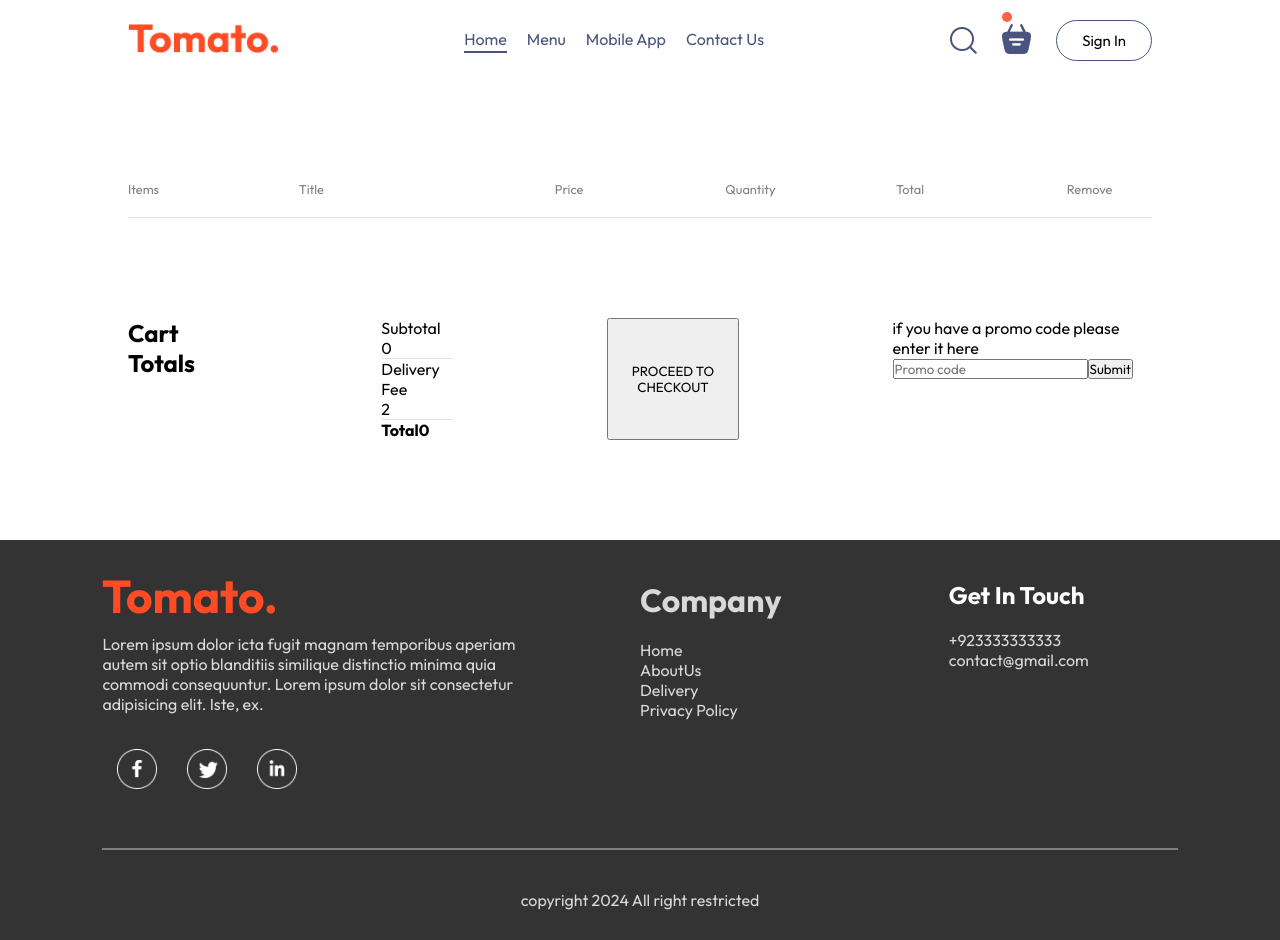
Repository: Attar786/Food-ordering-app
Page: /cart (app in frontend/)
An editor plug-in stored every save of this project. The page is shown before and after the next save, followed by the edit.
The browser window is 1280 px wide. The pictures show the whole page.
The project was rebuilt for these pictures with package versions that can differ from the ones it lists, and the page was loaded fresh each time. Also part of the build but not shown: frontend/vite.config.js, frontend/src/components/Header/Header.css, frontend/src/components/Header/Header.jsx, frontend/src/components/ExploreMenu/ExploreMenu.css, frontend/src/components/ExploreMenu/ExploreMenu.jsx, frontend/src/components/FoodDisplay/FoodDisplay.css, frontend/src/components/FoodItem/FoodItem.css, frontend/src/components/FoodItem/FoodItem.jsx and 8 more.

Above is the page before, as saved 2024-07-30 15:43:49.

### frontend/src/main.jsx
import ReactDOM from 'react-dom/client'
import App from './App.jsx'
import './index.css'
import {BrowserRouter} from 'react-router-dom'
import StoreContextProvider from './context/StoreContext.jsx'
ReactDOM.createRoot(document.getElementById('root')).render(
<BrowserRouter>

<StoreContextProvider>
<App />
</StoreContextProvider>

    </BrowserRouter>
)

### frontend/src/App.jsx
import './index.css'
import Navbar from "./components/Navbar/Navbar"
import Home from './pages/Home/Home'
import Cart from './pages/Cart/Cart'
import PlaceOrder from './pages/PlaceOrder/PlaceOrder'
import { Route, Routes } from 'react-router-dom'
import Footer from './components/Footer/Footer'

import LoginPopup from './components/LoginPopup/LoginPopup'
import { useState } from 'react'
function App() {
  const [showLogin, setShowLogin] = useState(false);

  return (
    <>
  {showLogin?<LoginPopup setShowLogin={setShowLogin}/>:<></>}
  <div className='app'>
  <Navbar setShowLogin = {setShowLogin} />
<Routes>
<Route path='/' element={<Home/>}/>
<Route path='/cart' element={<Cart/>}/>
<Route path='/order' element={<PlaceOrder/>}/>
</Routes>
  </div>
  <Footer/>
    </>
  )
}

export default App

### frontend/src/index.css
@import url('https://fonts.googleapis.com/css2?family=Outfit:wght@100..900&display=swap');


*{
margin: 0;
padding: 0;
 box-sizing: border-box;
 font-family: outfit;
 scroll-behavior: smooth;
}
body{
height: 100vh;
}
a{
text-decoration: none;
color : inherit;
}
.app{
    width: 80%;
    margin: auto;
}
@keyframes fadeIn{
    0%{
        opacity: 0;
    }
    100%{
        opacity: 1;
    }
}

### frontend/src/context/StoreContext.jsx
import './StoreContext.css';
import { createContext, useEffect, useState } from 'react';
import { food_list } from '../assets/assets'; // Ensure this path is correct and food_list is correctly exported

export const StoreContext = createContext(null);

const StoreContextProvider = (props) => {
  const [cartItems, setCartItems] = useState({});

  const addToCart = (itemId) => {
    if (!cartItems[itemId]) {
      setCartItems((prev) => ({ ...prev, [itemId]: 1 }));
    } else {
      setCartItems((prev) => ({ ...prev, [itemId]: prev[itemId] + 1 }));
    }
  };

  const removeFromCart = (itemId) => {
    setCartItems((prev) => {
      const newCount = prev[itemId] - 1;
      if (newCount <= 0) {
        const { [itemId]: _, ...rest } = prev;
        return rest;
      } else {
        return { ...prev, [itemId]: newCount };
      }
    });
  };

  useEffect(() => {
    console.log(cartItems);
  }, [cartItems]);

  const contextValue = {
    food_list,
    cartItems,
    setCartItems,
    addToCart,
    removeFromCart,
  };

  return (
    <StoreContext.Provider value={contextValue}>
      {props.children}
    </StoreContext.Provider>
  );
};

export default StoreContextProvider;

### frontend/src/components/Navbar/Navbar.jsx
import { useState } from 'react';
import './Navbar.css';
import { assets } from '../../assets/assets';
import { Link } from 'react-router-dom'
const Navbar = ({setShowLogin}) => {
  const [menu, setMenu] = useState("home");

  const handleMenuClick = (menuItem) => {
    setMenu(menuItem);
  };

  return (
<>
<div className="navbar">
    <Link to='/'> <img src={assets.logo} alt="Logo" className="logo" /></Link>
      <ul className="navbar-menu">
        <Link to='/' onClick={() => handleMenuClick("home")} className={menu === "home" ? "active" : ""}>Home</Link>
        <a href='#explore-menu' onClick={() => handleMenuClick("menu")} className={menu === "menu" ? "active" : ""}>Menu</a>
        <a href='#app-download' onClick={() => handleMenuClick("mobile-app")} className={menu === "mobile-app" ? "active" : ""}>Mobile App</a>
        <a href='#footer' onClick={() => handleMenuClick("contact-us")} className={menu === "contact-us" ? "active" : ""}>Contact Us</a>
      </ul>
      <div className="navbar-right">
        <img src={assets.search_icon} alt="search-icon" />
        <div>
         <Link to='/cart'> <img src={assets.basket_icon} alt="icons" /></Link>
          <div className="dot"></div>
        </div>
        <button onClick={()=>setShowLogin(true)} >Sign In</button>

      </div>

    </div>

</>
  );
}


export default Navbar;

### frontend/src/pages/Cart/Cart.jsx
 import { useContext } from 'react'
import './Cart.css'
import { StoreContext } from '../../context/StoreContext'
const Cart = () => {
  const {cartItems,food_list,removeFromCart} = useContext(StoreContext);
  return (
    <div className='Cart'>
      <div className="cart-items">
        <div className=" cart-items-title">
          <p>Items</p>
          <p>Title</p>
          <p>Price</p>
          <p>Quantity</p>
          <p>Total</p>
          <p>Remove</p>
        </div>
        <br />
        <hr />
        {
          food_list.map((item,index)=>
          {
            if(cartItems[item._id]){
              return (
                <>
                <div key={index} className="cart-items-title cart-item-item">
                  <img src={item.image} alt="" />
                  <p>{item.name}</p>
                  <p>Pkr={item.price}</p>
                  <p>{cartItems[item._id]}</p>
                  <p>{item.price*cartItems[item._id]}</p>
                  <p onClick={()=>removeFromCart(item._id)} className='cross'>X</p>
                </div>
                <hr />
                </>
              )
            }
          }

          )
        }
      </div>
      <div className="cart-bottom">
  <div className="cart-total">
    <h2>Cart Totals</h2>
  </div>
  <div>
    <div className="cart-total-details">
      <p>Subtotal</p>
      <p>{0}</p>
    </div>
    <hr />
    <div className="cart-total-details">
      <p>Delivery Fee</p>
      <p>{2}</p>
    </div>
    <hr />
    <div className="cart-total-details">
      <b>Total</b>
      <b>{0}</b>
    </div>
  </div>
  <button>PROCEED TO CHECKOUT</button>
<div className="cart-promocode">
  <div>
    <p>if you have a promo code please enter it here</p>
        <div className="cart-promocode-input">
          <input type="text" placeholder='Promo code' />
        <button>Submit</button>
        </div>
  </div>
</div>
</div>

       </div>
  )
}

export default Cart

### frontend/src/components/Footer/Footer.jsx
import "./Footer.css"
import { assets } from "../../assets/assets"
const Footer = () => {
  return (
    <div className="footer" id="footer">
<div className="footer-content">
    <div className="footer-content-left">
        <img src={assets.logo} alt="fsf" />
    <p>  Lorem ipsum dolor icta fugit magnam temporibus aperiam autem sit optio blanditiis similique distinctio minima quia commodi consequuntur. Lorem ipsum dolor sit consectetur adipisicing elit. Iste, ex.</p>
    <div className="footer-social-icons">
        <img src={assets.facebook_icon} alt="" />
        <img src={assets.twitter_icon} alt="" />
        <img src={assets.linkedin_icon} alt="" />
    </div>

    </div>
    <div className="footer-content-center">
    <h1>Company</h1>
        <ul>
        <li>Home</li>
        <li>AboutUs</li>
        <li>Delivery</li>
        <li>Privacy Policy</li>
        </ul>
    </div>
    <div className="footer-content-right">
        <h2>Get In Touch</h2>
        <ul>
            <li>
                +923333333333
            </li>
            <li>
                contact@gmail.com
            </li>
        </ul>
    </div>
</div>
<hr/>
<p className="footer-copyright">
copyright 2024 All right restricted
</p>

    </div>
  )
}

export default Footer

### frontend/src/assets/assets.js
import basket_icon from './basket_icon.png'
import logo from './logo.png'
import header_img from './header_img.png'
import search_icon from './search_icon.png'
import menu_1 from './menu_1.png'
import menu_2 from './menu_2.png'
import menu_3 from './menu_3.png'
import menu_4 from './menu_4.png'
import menu_5 from './menu_5.png'
import menu_6 from './menu_6.png'
import menu_7 from './menu_7.png'
import menu_8 from './menu_8.png'

import food_1 from './food_1.png'
import food_2 from './food_2.png'
import food_3 from './food_3.png'
import food_4 from './food_4.png'
import food_5 from './food_5.png'
import food_6 from './food_6.png'
import food_7 from './food_7.png'
import food_8 from './food_8.png'
import food_9 from './food_9.png'
import food_10 from './food_10.png'
import food_11 from './food_11.png'
import food_12 from './food_12.png'
import food_13 from './food_13.png'
import food_14 from './food_14.png'
import food_15 from './food_15.png'
import food_16 from './food_16.png'
import food_17 from './food_17.png'
import food_18 from './food_18.png'
import food_19 from './food_19.png'
import food_20 from './food_20.png'
import food_21 from './food_21.png'
import food_22 from './food_22.png'
import food_23 from './food_23.png'
import food_24 from './food_24.png'
import food_25 from './food_25.png'
import food_26 from './food_26.png'
import food_27 from './food_27.png'
import food_28 from './food_28.png'
import food_29 from './food_29.png'
import food_30 from './food_30.png'
import food_31 from './food_31.png'
import food_32 from './food_32.png'

import add_icon_white from './add_icon_white.png'
import add_icon_green from './add_icon_green.png'
import remove_icon_red from './remove_icon_red.png'
import app_store from './app_store.png'
import play_store from './play_store.png'
import linkedin_icon from './linkedin_icon.png'
import facebook_icon from './facebook_icon.png'
import twitter_icon from './twitter_icon.png'
import cross_icon from './cross_icon.png'
import selector_icon from './selector_icon.png'
import rating_starts from './rating_starts.png'
import profile_icon from './profile_icon.png'
import bag_icon from './bag_icon.png'
import logout_icon from './logout_icon.png'
import parcel_icon from './parcel_icon.png'

export const assets = {
    logo,
    basket_icon,
    header_img,
    search_icon,
    rating_starts,
    add_icon_green,
    add_icon_white,
    remove_icon_red,
    app_store,
    play_store,
    linkedin_icon,
    facebook_icon,
    twitter_icon,
    cross_icon,
    selector_icon,
    profile_icon,
    logout_icon,
    bag_icon,
    parcel_icon
}

export const menu_list = [
    {
        menu_name: "Salad",
        menu_image: menu_1
    },
    {
        menu_name: "Rolls",
        menu_image: menu_2
    },
    {
        menu_name: "Deserts",
        menu_image: menu_3
    },
    {
        menu_name: "Sandwich",
        menu_image: menu_4
    },
    {
        menu_name: "Cake",
        menu_image: menu_5
    },
    {
        menu_name: "Pure Veg",
        menu_image: menu_6
    },
    {
        menu_name: "Pasta",
        menu_image: menu_7
    },
    {
        menu_name: "Noodles",
        menu_image: menu_8
    }]

export const food_list = [
    {
        _id: "1",
        name: "Greek salad",
        image: food_1,
        price: 12,
        description: "Food provides essential nutrients for overall health and well-being",
        category: "Salad"
    },
    {
        _id: "2",
        name: "Veg salad",
        image: food_2,
        price: 18,
        description: "Food provides essential nutrients for overall health and well-being",
        category: "Salad"
    }, {
        _id: "3",
        name: "Clover Salad",
        image: food_3,
        price: 16,
        description: "Food provides essential nutrients for overall health and well-being",
        category: "Salad"
    }, {
        _id: "4",
        name: "Chicken Salad",
        image: food_4,
        price: 24,
        description: "Food provides essential nutrients for overall health and well-being",
        category: "Salad"
    }, {
        _id: "5",
        name: "Lasagna Rolls",
        image: food_5,
        price: 14,
        description: "Food provides essential nutrients for overall health and well-being",
        category: "Rolls"
    }, {
        _id: "6",
        name: "Peri Peri Rolls",
        image: food_6,
        price: 12,
        description: "Food provides essential nutrients for overall health and well-being",
        category: "Rolls"
    }, {
        _id: "7",
        name: "Chicken Rolls",
        image: food_7,
        price: 20,
        description: "Food provides essential nutrients for overall health and well-being",
        category: "Rolls"
    }, {
        _id: "8",
        name: "Veg Rolls",
        image: food_8,
        price: 15,
        description: "Food provides essential nutrients for overall health and well-being",
        category: "Rolls"
    }, {
        _id: "9",
        name: "Ripple Ice Cream",
        image: food_9,
        price: 14,
        description: "Food provides essential nutrients for overall health and well-being",
        category: "Deserts"
    }, {
        _id: "10",
        name: "Fruit Ice Cream",
        image: food_10,
        price: 22,
        description: "Food provides essential nutrients for overall health and well-being",
        category: "Deserts"
    }, {
        _id: "11",
        name: "Jar Ice Cream",
        image: food_11,
        price: 10,
        description: "Food provides essential nutrients for overall health and well-being",
        category: "Deserts"
    }, {
        _id: "12",
        name: "Vanilla Ice Cream",
        image: food_12,
        price: 12,
        description: "Food provides essential nutrients for overall health and well-being",
        category: "Deserts"
    },
    {
        _id: "13",
        name: "Chicken Sandwich",
        image: food_13,
        price: 12,
        description: "Food provides essential nutrients for overall health and well-being",
        category: "Sandwich"
    },
    {
        _id: "14",
        name: "Vegan Sandwich",
        image: food_14,
        price: 18,
        description: "Food provides essential nutrients for overall health and well-being",
        category: "Sandwich"
    }, {
        _id: "15",
        name: "Grilled Sandwich",
        image: food_15,
        price: 16,
        description: "Food provides essential nutrients for overall health and well-being",
        category: "Sandwich"
    }, {
        _id: "16",
        name: "Bread Sandwich",
        image: food_16,
        price: 24,
        description: "Food provides essential nutrients for overall health and well-being",
        category: "Sandwich"
    }, {
        _id: "17",
        name: "Cup Cake",
        image: food_17,
        price: 14,
        description: "Food provides essential nutrients for overall health and well-being",
        category: "Cake"
    }, {
        _id: "18",
        name: "Vegan Cake",
        image: food_18,
        price: 12,
        description: "Food provides essential nutrients for overall health and well-being",
        category: "Cake"
    }, {
        _id: "19",
        name: "Butterscotch Cake",
        image: food_19,
        price: 20,
        description: "Food provides essential nutrients for overall health and well-being",
        category: "Cake"
    }, {
        _id: "20",
        name: "Sliced Cake",
        image: food_20,
        price: 15,
        description: "Food provides essential nutrients for overall health and well-being",
        category: "Cake"
    }, {
        _id: "21",
        name: "Garlic Mushroom ",
        image: food_21,
        price: 14,
        description: "Food provides essential nutrients for overall health and well-being",
        category: "Pure Veg"
    }, {
        _id: "22",
        name: "Fried Cauliflower",
        image: food_22,
        price: 22,
        description: "Food provides essential nutrients for overall health and well-being",
        category: "Pure Veg"
    }, {
        _id: "23",
        name: "Mix Veg Pulao",
        image: food_23,
        price: 10,
        description: "Food provides essential nutrients for overall health and well-being",
        category: "Pure Veg"
    }, {
        _id: "24",
        name: "Rice Zucchini",
        image: food_24,
        price: 12,
        description: "Food provides essential nutrients for overall health and well-being",
        category: "Pure Veg"
    },
    {
        _id: "25",
        name: "Cheese Pasta",
        image: food_25,
        price: 12,
        description: "Food provides essential nutrients for overall health and well-being",
        category: "Pasta"
    },
    {
        _id: "26",
        name: "Tomato Pasta",
        image: food_26,
        price: 18,
        description: "Food provides essential nutrients for overall health and well-being",
        category: "Pasta"
    }, {
        _id: "27",
        name: "Creamy Pasta",
        image: food_27,
        price: 16,
        description: "Food provides essential nutrients for overall health and well-being",
        category: "Pasta"
    }, {
        _id: "28",
        name: "Chicken Pasta",
        image: food_28,
        price: 24,
        description: "Food provides essential nutrients for overall health and well-being",
        category: "Pasta"
    }, {
        _id: "29",
        name: "Buttter Noodles",
        image: food_29,
        price: 14,
        description: "Food provides essential nutrients for overall health and well-being",
        category: "Noodles"
    }, {
        _id: "30",
        name: "Veg Noodles",
        image: food_30,
        price: 12,
        description: "Food provides essential nutrients for overall health and well-being",
        category: "Noodles"
    }, {
        _id: "31",
        name: "Somen Noodles",
        image: food_31,
        price: 20,
        description: "Food provides essential nutrients for overall health and well-being",
        category: "Noodles"
    }, {
        _id: "32",
        name: "Cooked Noodles",
        image: food_32,
        price: 15,
        description: "Food provides essential nutrients for overall health and well-being",
        category: "Noodles"
    }
]

### frontend/src/components/Navbar/Navbar.css
.navbar{
    padding: 20px 0;
    display: flex;
    justify-content: space-between;
    align-items: center;
}
.navbar .logo{
    width: 150px;
}
.navbar-menu{
    display: flex;
    list-style: none;
    gap: 20px;
    font: 18px;
    color: #49557e;
    cursor: pointer;
}
.navbar-right{
    display: flex;
    align-items: center;
    gap: 25px;

}
.navbar button{
    font-size: 15px;
    border: 1px solid #49557e;
    background: transparent;
    padding: 10px 25px;
    cursor: pointer;
    border-radius: 40px;
    transition: 0.3s;
}
.navbar button:hover{
    background-color: #fff4f2;
}
.navbar .navbar-menu .active{
    padding-bottom: 2px;
    border-bottom: 2px solid #49557e;

}
.search-icon{
    position: relative;
}
/* .search-icon .dot{ */
    /* position: absolute;
    top: -5px;
    right: -5px;
    width: 10px;
    height: 10px;
    background-color: blue;
    border-radius: 50%;
} */
.dot {
    position: absolute;
    top: 12px; /* Adjust as needed */
    right: 268px; /* Adjust as needed */
    width: 10px;
    height: 10px;
    background-color: tomato;
    border-radius: 50%;}
    @media (max-width: 1050px)
    {
        .navbar .logo{
            width: 140px;
        }
        .navbar-menu{
            gap: 20px;
            font-size: 17px;
        }
        .nav-right {
            gap: 30px;
        };
        .navbar-right img{
            width: 22px;
        }
        .navbar-right button{
            padding: 8px 25px;
        };

    }

    @media (max-width: 900px)
    {
        .navbar .logo{
            width: 100px;
        }
        .navbar-menu{
            gap: 10px;
            font-size: 16px;
        }
        .Nav-right {
            gap: 20px;
        }
        .navbar-right img{
            width: 17px;

        }
        .navbar-right button{
            padding: 7px 15px;
            font-size: 10px;
        }
    }

    @media (max-width: 750px)
    {

        .navbar-menu{
            display: none;;
        }
    }

### frontend/src/pages/Cart/Cart.css
.Cart{
    margin-top: 100px;;
}
.cart-items-title{
    display: grid;
    grid-template-columns:  1fr 1.5fr 1fr 1fr 1fr 0.5fr;
    align-items: center;
    color: gray;
    font-size: max(1vw, 12px);
}
.cart-item-item{
    margin: 10px;
    color:black;
}
.cart-item-item img{
    width: 50px;
    /* border-radius: px; */
    border: 1px solid black;
}
.Cart hr{
    height: 1px;
    background-color: #e2e2e2;
    border: none;
}
.cross{
    cursor: pointer;;
}
.cart-bottom{
    margin-top: 100px;
    display: flex;
justify-content: space-between;
gap: max(12vw,20px);;
}

### frontend/src/components/Footer/Footer.css
.footer {
    color: #d9d9d9;
    background-color: hsl(0, 0%, 20%);
    display: flex;
    flex-direction: column;
    align-items: center;
    gap: 20px;
    padding: 30px 8vw; /* Fixed padding syntax */
    padding-top: 40px;
    margin-top: 100px;
}

.footer-content {
    width: 100%;
    display: grid;
    grid-template-columns: 2fr 1fr 1fr;
    gap: 80px;
}

.footer-content-left, .footer-content-center, .footer-content-right {
    display: flex;
    flex-direction: column;
    align-items: start;
    gap: 20px;
}

.footer-content-left li, .footer-content-center li, .footer-content-right li {
    list-style: none;
    cursor: pointer;
}
.footer-content-center h2, .footer-content-right h2 {
    color: white;
}
.footer-social-icons img {
width: 40px;
margin: 15px;
}
.footer-social-icons img:hover {
    width: 40px;
    margin: 15px;
    }
.footer hr{
    width: 100%;
    height: 2px;
    margin: 20px 0;
    background-color : gray;
    border: none;
}
@media (max-width: 1050px) {
    .footer-content{
        display: flex;
        flex-direction:column;
        gap: 35px;
    }
    .footer-copyright{
        text-align: center;
}
}

Loaded but not shown: frontend/index.html (common file); frontend/src/context/StoreContext.css (no stored copy; drawn as an empty file); frontend/src/pages/Home/Home.css (no stored copy; drawn as an empty file)

After the next save:
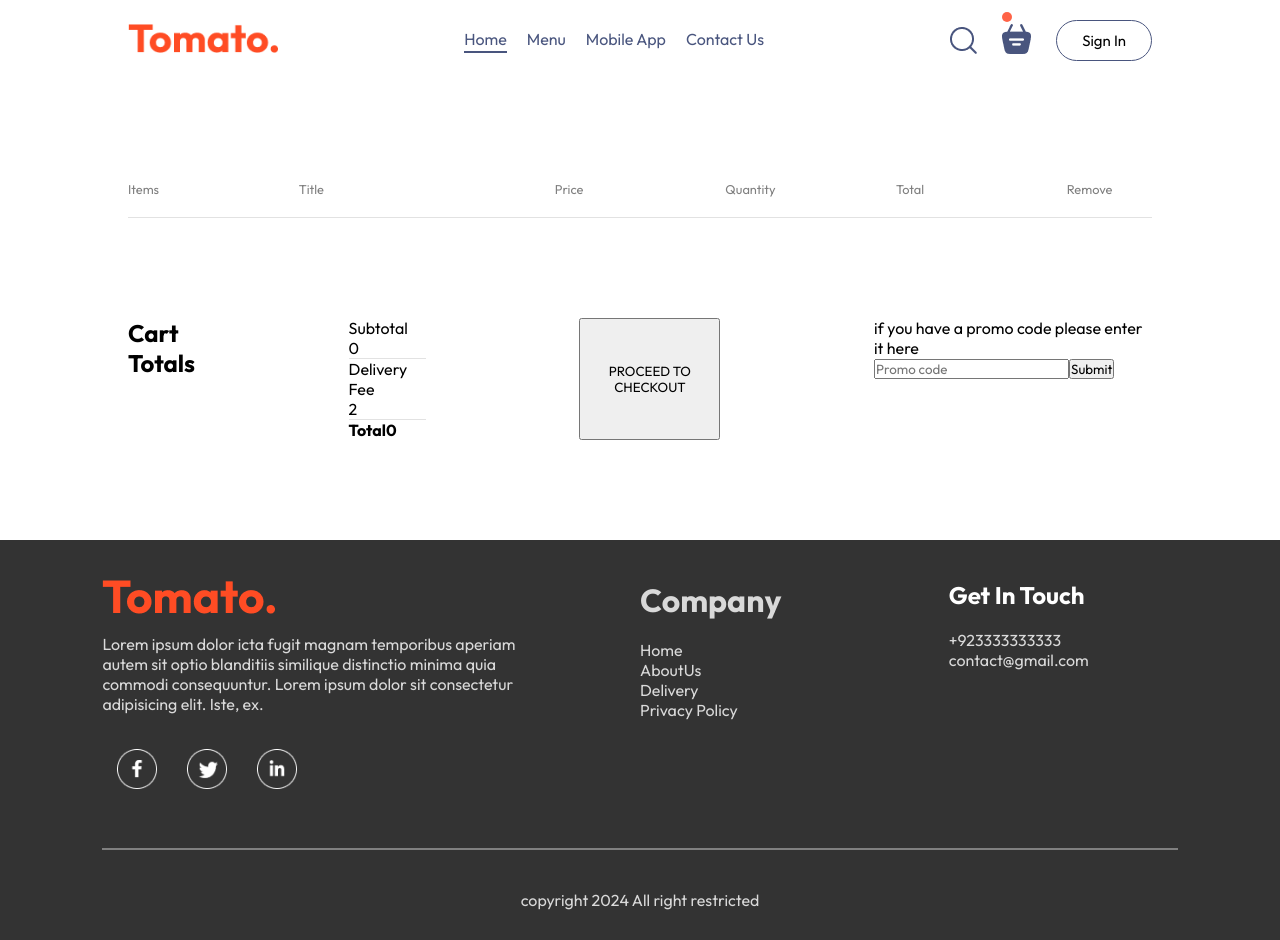
Saved 63 s later.
--- a/frontend/src/pages/Cart/Cart.css
+++ b/frontend/src/pages/Cart/Cart.css
@@ -31,3 +31,10 @@
 justify-content: space-between;
 gap: max(12vw,20px);;
 }
+
+.cart-total{
+    flex: 1;
+    display: flex;
+    flex-direction: column;
+    gap: 20px;
+}
